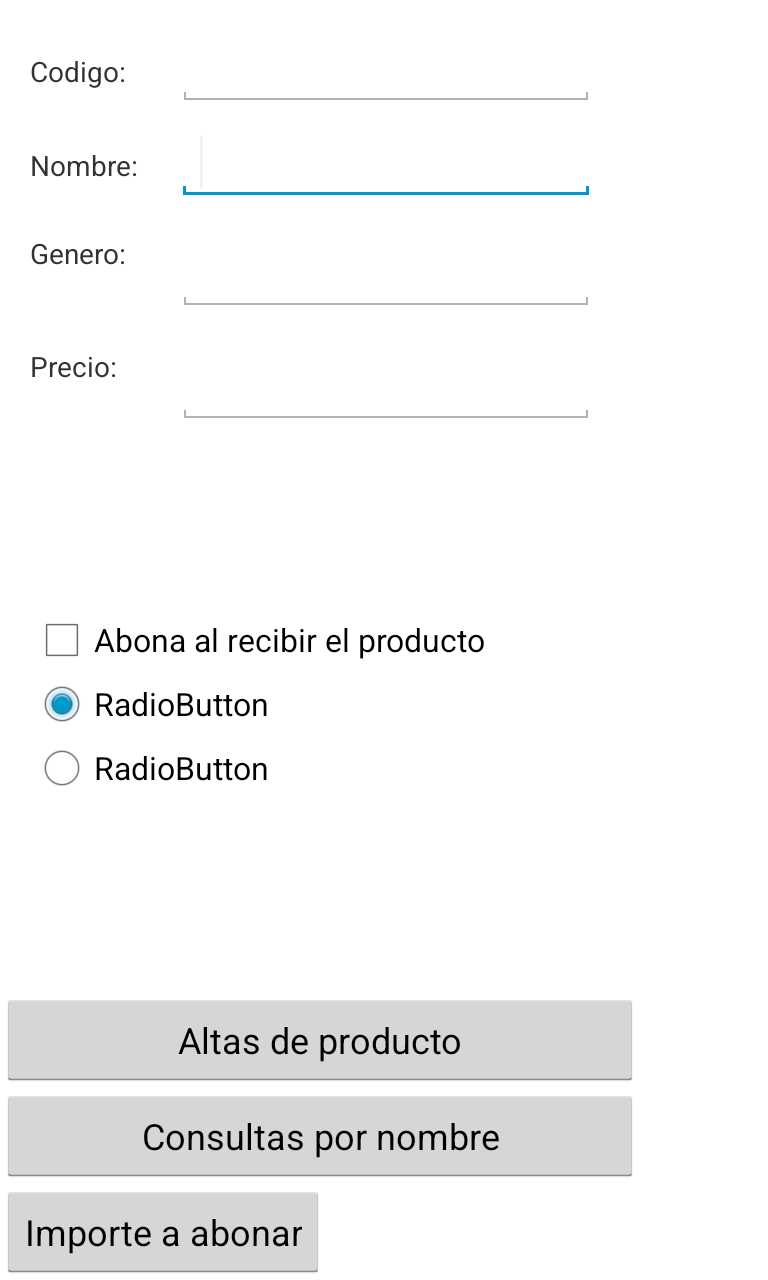
Repository: unknoman/javaAndroidDesempenos
Layout: parcial2h/res/layout/activity_main.xml
The author's editor kept a copy of each file at every save. The layout is drawn from the files as they stood at one save, then again after the next save.
It is drawn on a 768 x 1280 px phone screen (xhdpi) without system bars, with theme AppTheme; the app's code is not run.

Above is the layout before, as saved 2022-06-16 06:44:07.

### parcial2h/res/layout/activity_main.xml
<RelativeLayout xmlns:android="http://schemas.android.com/apk/res/android"
    xmlns:tools="http://schemas.android.com/tools"
    android:layout_width="match_parent"
    android:layout_height="match_parent"
    tools:context=".MainActivity" >

    <TextView
        android:id="@+id/textView2"
        android:layout_width="wrap_content"
        android:layout_height="wrap_content"
        android:layout_alignParentLeft="true"
        android:layout_below="@+id/textView1"
        android:layout_marginLeft="15dp"
        android:layout_marginTop="28dp"
        android:text="Nombre:" />

    <TextView
        android:id="@+id/textView1"
        android:layout_width="wrap_content"
        android:layout_height="wrap_content"
        android:layout_alignLeft="@+id/textView2"
        android:layout_alignParentTop="true"
        android:layout_marginTop="26dp"
        android:text="Codigo:" />

    <TextView
        android:id="@+id/textView3"
        android:layout_width="wrap_content"
        android:layout_height="wrap_content"
        android:layout_alignRight="@+id/textView1"
        android:layout_below="@+id/textView2"
        android:layout_marginTop="25dp"
        android:text="Genero:" />

    <EditText
        android:id="@+id/et1"
        android:layout_width="wrap_content"
        android:layout_height="wrap_content"
        android:layout_alignBaseline="@+id/textView1"
        android:layout_alignBottom="@+id/textView1"
        android:layout_marginLeft="19dp"
        android:layout_toRightOf="@+id/textView2"
        android:ems="10"
        android:inputType="number" />

    <EditText
        android:id="@+id/et2"
        android:layout_width="wrap_content"
        android:layout_height="wrap_content"
        android:layout_alignBaseline="@+id/textView2"
        android:layout_alignBottom="@+id/textView2"
        android:layout_alignLeft="@+id/et1"
        android:ems="10" >

        <requestFocus />
    </EditText>

    <EditText
        android:id="@+id/et3"
        android:layout_width="wrap_content"
        android:layout_height="wrap_content"
        android:layout_alignLeft="@+id/et2"
        android:layout_alignTop="@+id/textView3"
        android:ems="10" />

    <EditText
        android:id="@+id/et4"
        android:layout_width="wrap_content"
        android:layout_height="wrap_content"
        android:layout_alignLeft="@+id/et3"
        android:layout_alignTop="@+id/textView4"
        android:ems="10"
        android:inputType="numberDecimal" />

    <TextView
        android:id="@+id/textView4"
        android:layout_width="wrap_content"
        android:layout_height="wrap_content"
        android:layout_alignLeft="@+id/textView2"
        android:layout_below="@+id/et3"
        android:layout_marginTop="17dp"
        android:text="Precio:" />

    <CheckBox
        android:id="@+id/cb1"
        android:layout_width="wrap_content"
        android:layout_height="wrap_content"
        android:layout_alignLeft="@+id/textView4"
        android:layout_centerVertical="true"
        android:text="Abona al recibir el producto" />

    <Button
        android:id="@+id/button3"
        android:layout_width="wrap_content"
        android:layout_height="wrap_content"
        android:layout_alignParentBottom="true"
        android:layout_alignParentLeft="true"
        android:text="Importe a abonar" />

    <Button
        android:id="@+id/button2"
        android:layout_width="320dp"
        android:layout_height="wrap_content"
        android:layout_above="@+id/button3"
        android:layout_alignParentLeft="true"
        android:text="Consultas por nombre" />

    <Button
        android:id="@+id/button1"
        android:layout_width="320dp"
        android:layout_height="wrap_content"
        android:layout_above="@+id/button2"
        android:layout_alignParentLeft="true"
        android:minWidth="64dp"
        android:text="Altas de producto" />

    <RadioGroup
        android:id="@+id/radioGroup1"
        android:layout_width="wrap_content"
        android:layout_height="wrap_content"
        android:layout_alignLeft="@+id/cb1"
        android:layout_below="@+id/cb1" >

        <RadioButton
            android:id="@+id/rd1"
            android:layout_width="wrap_content"
            android:layout_height="wrap_content"
            android:checked="true"
            android:text="RadioButton" />

        <RadioButton
            android:id="@+id/rd2"
            android:layout_width="wrap_content"
            android:layout_height="wrap_content"
            android:text="RadioButton" />
    </RadioGroup>

</RelativeLayout>

Loaded but not shown: parcial2h/res/values/styles.xml (common file); parcial2h/res/values-v11/styles.xml (common file); parcial2h/res/values-v14/styles.xml (common file)

After the next save:
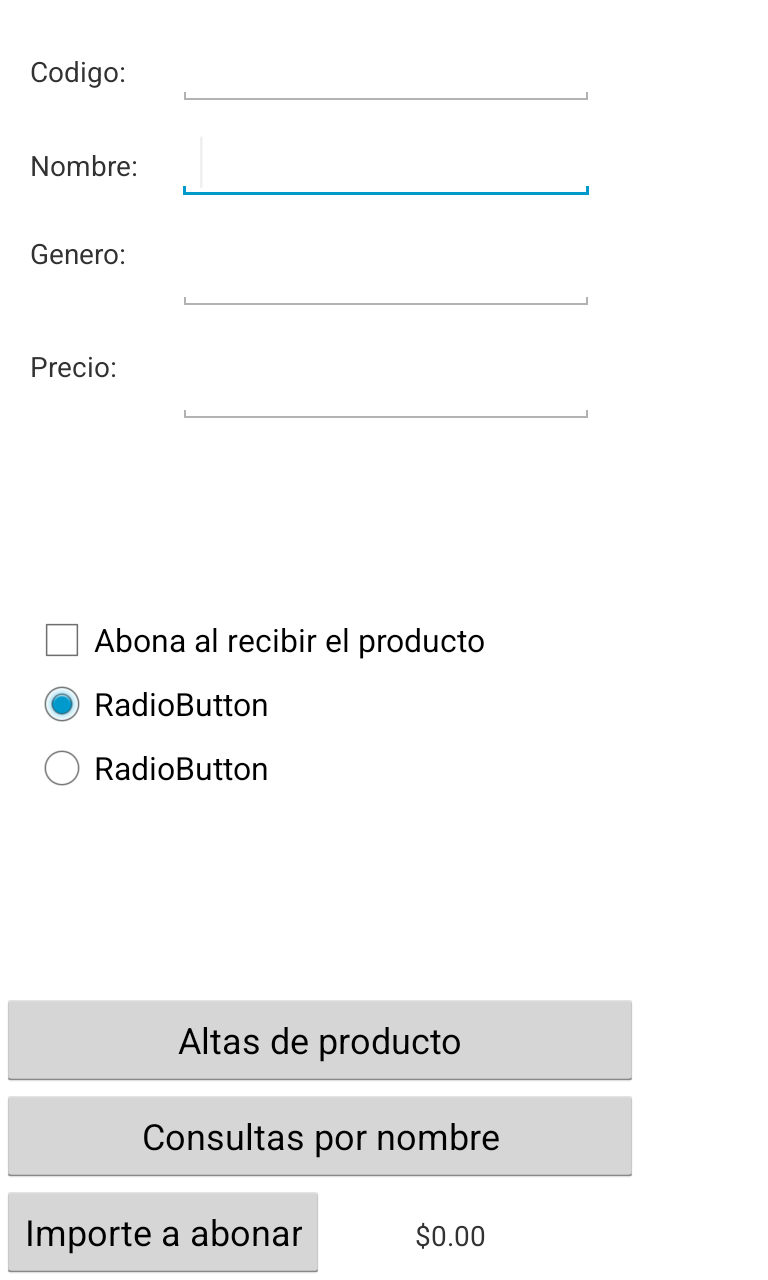
Saved 29 s later.
--- a/parcial2h/res/layout/activity_main.xml
+++ b/parcial2h/res/layout/activity_main.xml
@@ -135,4 +135,13 @@
             android:text="RadioButton" />
     </RadioGroup>
 
+    <TextView
+        android:id="@+id/tv1"
+        android:layout_width="wrap_content"
+        android:layout_height="wrap_content"
+        android:layout_alignBaseline="@+id/button3"
+        android:layout_alignBottom="@+id/button3"
+        android:layout_alignRight="@+id/cb1"
+        android:text="$0.00" />
+
 </RelativeLayout>
